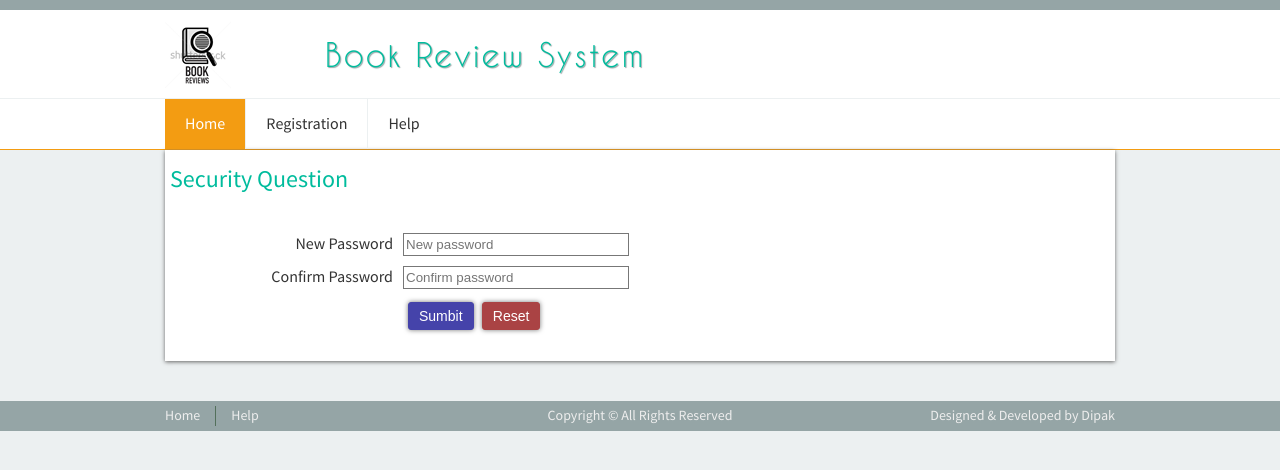
Repository: dipaksh/MyMiniProject
Page: http://localhost/BookReviewSystem/resetpassword.jsp
The author's editor kept a copy of each file at every save. The page is drawn from the files as they stood at one save, then again after the next save.
The browser window is 1280 px wide. The pictures show the whole page.
The page is served by Tomcat 9.

Above is the page before, as saved 2016-09-20 13:49:31.

After the next save:
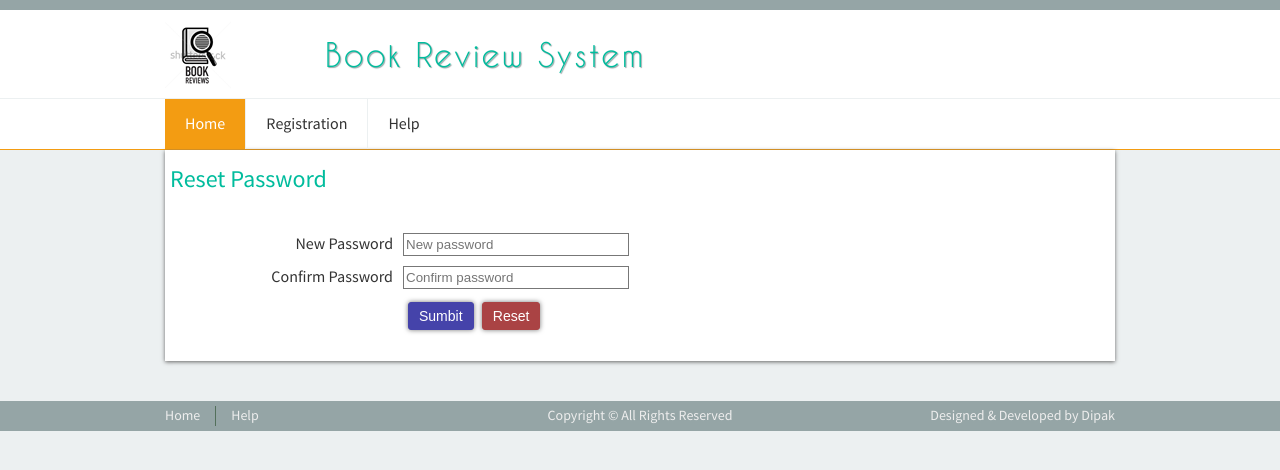
Saved 2 min 2 s later.
--- a/LastDayDestiny/BookReviewSystem/WebContent/resetpassword.jsp
+++ b/LastDayDestiny/BookReviewSystem/WebContent/resetpassword.jsp
@@ -73,7 +73,7 @@
 			<div class="contents">
 
 			<div class="grid_18 omega">
-						 &nbsp;&nbsp;<h2>Security Question</h2>
+						 &nbsp;&nbsp;<h2>Reset Password</h2>
 							<div class="padding_20 text-justify">
 								<form id="frmMain" class="frmMain" action="SetPasswordServlet" method="post">
 									<table class="form-table" style="width:auto">
